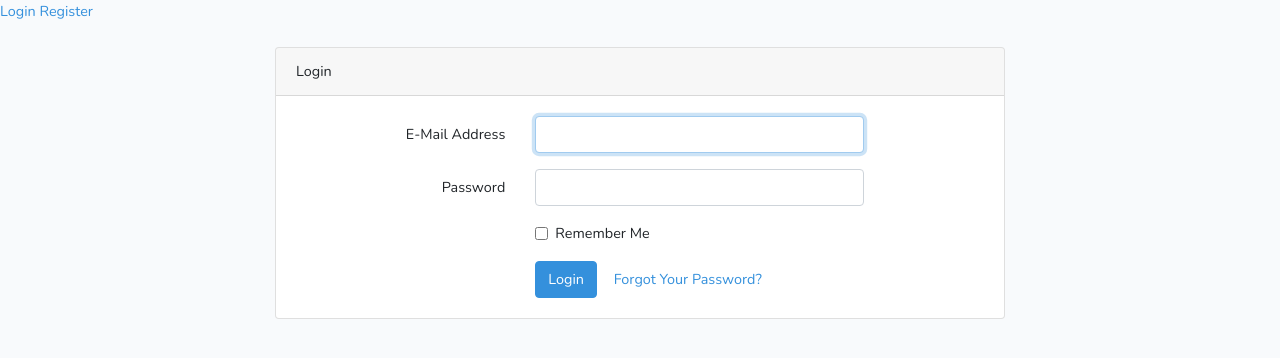
Repository: PatryxB/buildHouse
Page: http://localhost/login
The author's editor kept a copy of each file at every save. The page is drawn from the files as they stood at one save, then again after the next save.
The browser window is 1280 px wide. The pictures show the whole page.
The page is served by the project's Laravel application, run on PHP 8.4 with Laravel 8. Style sheets and scripts are compiled from the project's sources, by tool versions that may differ from the author's.

Above is the page before, as saved 2020-04-30 19:42:22.

After the next save:
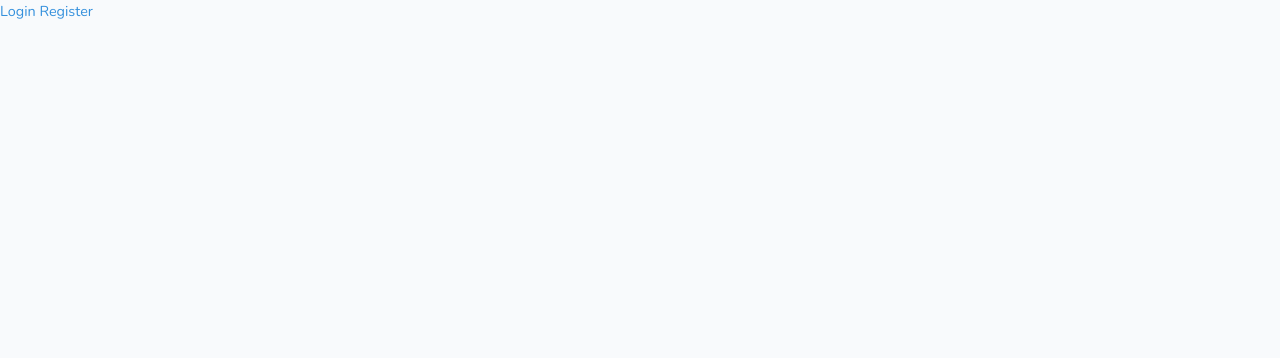
Saved 19 s later.
--- a/resources/views/layouts/app.blade.php
+++ b/resources/views/layouts/app.blade.php
@@ -37,9 +37,7 @@
             @endif
 
         </div>
-        <main class="py-4">
-            @yield('content')
-        </main>
+
     </div>
 </body>
 </html>

After the save that followed:
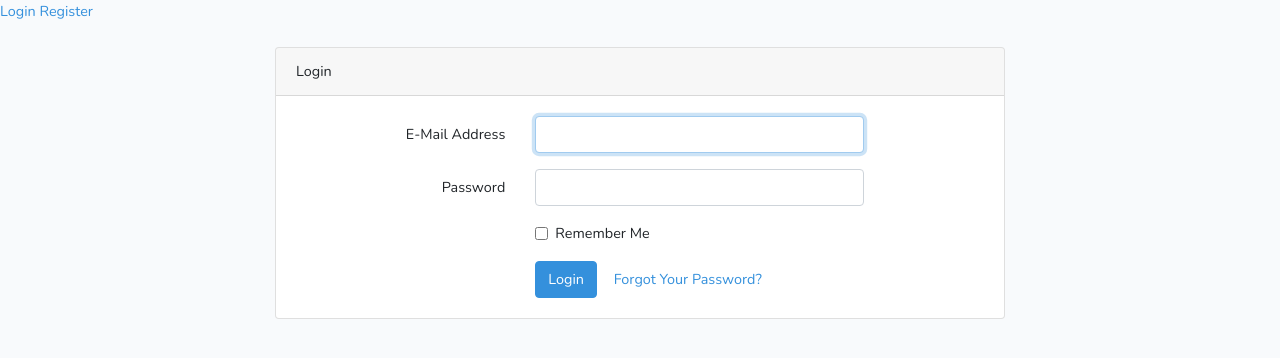
Saved 16 s later.
--- a/resources/views/layouts/app.blade.php
+++ b/resources/views/layouts/app.blade.php
@@ -37,7 +37,9 @@
             @endif
 
         </div>
-
+        <main class="py-4">
+            @yield('content')
+        </main>
     </div>
 </body>
 </html>
